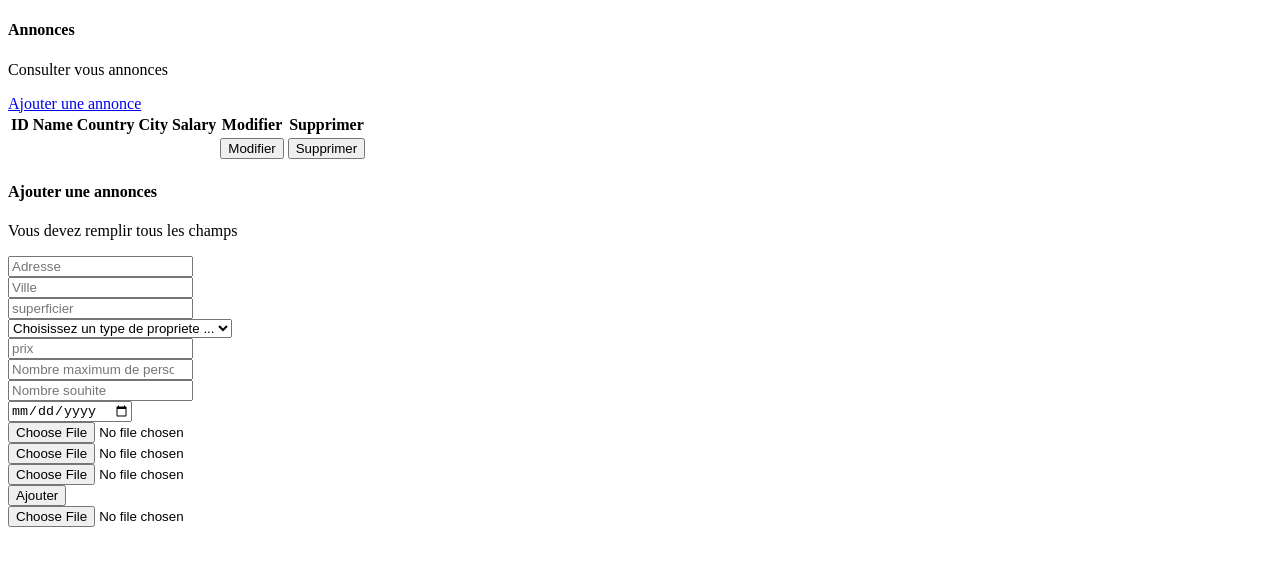
Repository: said-chafouai/E-Colocation-WebApplication
Page: http://localhost/e-colocation/WEB-INF/JSPFiles/Offreur/annonces.jsp
An editor plug-in stored every save of this project. The page is shown before and after the next save, followed by the edit.
The browser window is 1280 px wide. The pictures show the whole page.
The page is served by Tomcat 9. Nobody is signed in. Other server files are loaded and not shown. The template is opened directly, without the code that normally fills it, so the values that code supplies are empty.

Above is the page before, as saved 2020-02-03 12:06:16.

### e-colocation/WebContent/WEB-INF/JSPFiles/Offreur/annonces.jsp
<!DOCTYPE html>
<html lang="en">

<head>
    <!--#########################  Head inclusion  ###################################-->

    <c:import url="../include/assets/head.jsp" />

    <!--##############################################################################-->
    <title>
        Material Dashboard by Creative Tim
    </title>
</head>

<body class="">
    <div class="wrapper ">
        <!--#########################  Sidebar inclusion  ###################################-->

        <c:import url="../include/assets/sidebarOffreur.jsp" />

        <!--##############################################################################-->
        <div class="main-panel">
            <!--#########################  Navbar inclusion  ###################################-->

            <c:import url="../include/assets/navbar.jsp" />

            <!--##############################################################################-->
            <div class="content">
                <div class="container-fluid">
                    <div class="row">
                        <div class="col-md-12">
                            <div class="card">
                                <div class="card-header card-header-primary">
                                    <h4 class="card-title">Annonces</h4>
                                    <p class="card-category">Consulter vous annonces</p>
                                </div>
                                <div class="card-body">
                                    <a class="btn btn-success pull-right" href="#ajouterAnnonce">Ajouter une annonce</a>
                                    <div class="table-responsive">
                                        <table class="table table-hover">
                                            <thead class=" text-primary">
                                                <th>
                                                    ID
                                                </th>
                                                <th>
                                                    Name
                                                </th>
                                                <th>
                                                    Country
                                                </th>
                                                <th>
                                                    City
                                                </th>
                                                <th>
                                                    Salary
                                                </th>
                                                <th class="text-warning">Modifier</th>
                                                <th class="text-danger">Supprimer</th>
                                            </thead>
                                            <tbody>
                                                <c:forEach var="propriete" items="${proprietes}">
                                                    <tr>
                                                        <td>
                                                            ${propriete.addresse}
                                                        </td>
                                                        <td>
                                                        ${propriete.ville}
                                                        </td>

                                                        <td>
                                                        ${propriete.superficie}
                                                        </td>
                                                        <td>
                                                        ${propriete.type}
                                                        </td>
                                                        <td>
                                                        ${propriete.prix}
                                                        </td>
                                                        <td>
                                                            <button class="btn btn-warning" onClick="modifierAnnonce( ${propriete.id})">Modifier</button>
                                                        </td>
                                                        <td>
                                                            <button class="btn btn-danger" onClick="suprimerAnnonce(${propriete.id})">Supprimer</button>
                                                        </td>
                                                    </tr>
                                                </c:forEach>
                                            </tbody>
                                        </table>
                                    </div>
                                </div>
                            </div>
                        </div>
                    </div>

                    <div class="row" id="ajouterAnnonce">
                        <div class="col-md-8">
                            <div class="card">
                                <div class="card-header card-header-primary">
                                    <h4 class="card-title">Ajouter une annonces</h4>
                                    <p class="card-category">Vous devez remplir tous les champs</p>
                                </div>
                                <div class="card-body">
                                    <div id="success"></div>
                                  	<form  action="O_Annonces" enctype="multipart/form-data" method="post">
	                                    <div class="form-group">
	                                        <input type="text" id="adresse" placeholder="Adresse" class="form-control" required>
	                                    </div>

	                                    <div class="form-group">
	                                        <input type="text" id="ville" placeholder="Ville" class="form-control" required>
	                                    </div>

	                                    <div class="form-group">
	                                        <input type="number" id="superficie" placeholder="superficier" class="form-control" required>
	                                    </div>

	                                    <div class="form-group">
	                                        <select id="type" class="form-control" required>
	                                            <option>Choisissez un type de propriete ...</option>
	                                            <option>type 1</option>
	                                            <option>type 2</option>
	                                            <option>type 3</option>
	                                        </select>
	                                    </div>
	                                    <div class="form-group">
	                                        <input type="Number" class="form-control" placeholder="prix" id="prix" required>
	                                    </div>
	                                    <div class="form-group">
	                                        <input type="number" class="form-control" placeholder="Nombre maximum de personne" id="nbMax" required>
	                                    </div>
	                                    <div class="form-group">
	                                        <input type="number" class="form-control" placeholder="Nombre souhite" id="nbSouhaite" required>
	                                    </div>
	                                    <div class="form-group">
	                                        <input type="date" class="form-control" placeholder="date de disponible" id="disponibilite" required>
	                                    </div>
	                                     <div class="form-group">
	                                        <input type="file" class="form-control" id="photo1" >
	                                    </div>
	                                     <div class="form-group">
	                                        <input type="file" class="form-control"  id="photo2" >
	                                    </div>
	                                     <div class="form-group">
	                                        <input type="file" class="form-control" id="photo3" >
	                                    </div>
	                                    <div class="form-group">
	                                        <input type="submit" class="btn btn-primary pull-right"value="Ajouter">
	                                    </div>
                                	</form>
                                	  <div class="">
	                                        <input type="file" class="form-control" id="image" >
	                                    </div>
                                </div>
                            </div>
                        </div>
                    </div>
                </div>
            </div>
            <!--#########################  footer inclusion  ###################################-->

            <c:import url="../include/assets/footer.jsp" />

            <!--##############################################################################-->
        </div>
    </div>
    <!--#########################  Plugin inclusion  ###################################-->

    <!-- <c:import url="../include/assets/plugin.jsp"/>  -->

    <!--##############################################################################-->

    <!--#########################  JS lib inclusion  ###################################-->

    <c:import url="../include/assets/js.jsp" />

    <!--##############################################################################-->


</body>

</html>

After the next save:
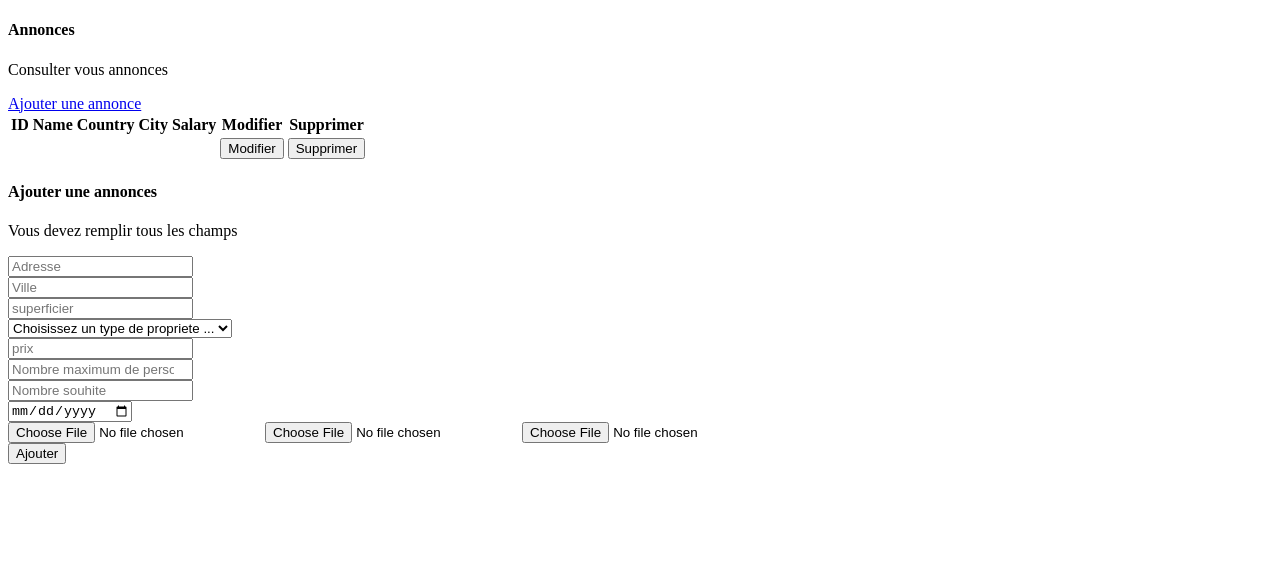
Saved 28 s later.
--- a/e-colocation/WebContent/WEB-INF/JSPFiles/Offreur/annonces.jsp
+++ b/e-colocation/WebContent/WEB-INF/JSPFiles/Offreur/annonces.jsp
@@ -134,22 +134,13 @@
 	                                    <div class="form-group">
 	                                        <input type="date" class="form-control" placeholder="date de disponible" id="disponibilite" required>
 	                                    </div>
-	                                     <div class="form-group">
-	                                        <input type="file" class="form-control" id="photo1" >
-	                                    </div>
-	                                     <div class="form-group">
-	                                        <input type="file" class="form-control"  id="photo2" >
-	                                    </div>
-	                                     <div class="form-group">
-	                                        <input type="file" class="form-control" id="photo3" >
-	                                    </div>
+	                                        <input type="file" class="" id="photo1" >
+	                                        <input type="file" class=""  id="photo2" >
+	                                        <input type="file" class="" id="photo3" >
 	                                    <div class="form-group">
 	                                        <input type="submit" class="btn btn-primary pull-right"value="Ajouter">
 	                                    </div>
                                 	</form>
-                                	  <div class="">
-	                                        <input type="file" class="form-control" id="image" >
-	                                    </div>
                                 </div>
                             </div>
                         </div>
